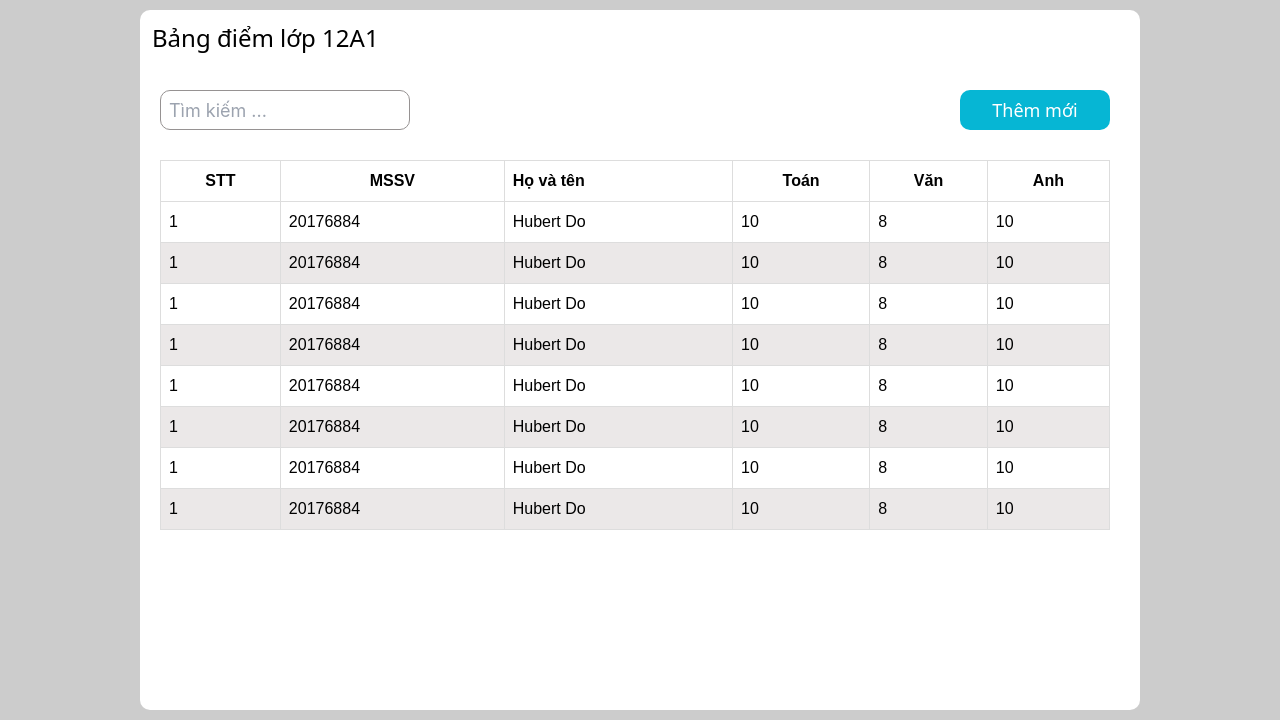
Repository: doducthuan/ReactJS-Movie
Page: /
An editor plug-in stored every save of this project. The page is shown before and after the next save, followed by the edit.
The browser window is 1280 px wide. The pictures show the whole page.
The project was rebuilt for these pictures with package versions that can differ from the ones it lists, and the page was loaded fresh each time. Also part of the build but not shown: src/App.css.

Above is the page before, as saved 2024-01-13 07:50:29.

After the next save:
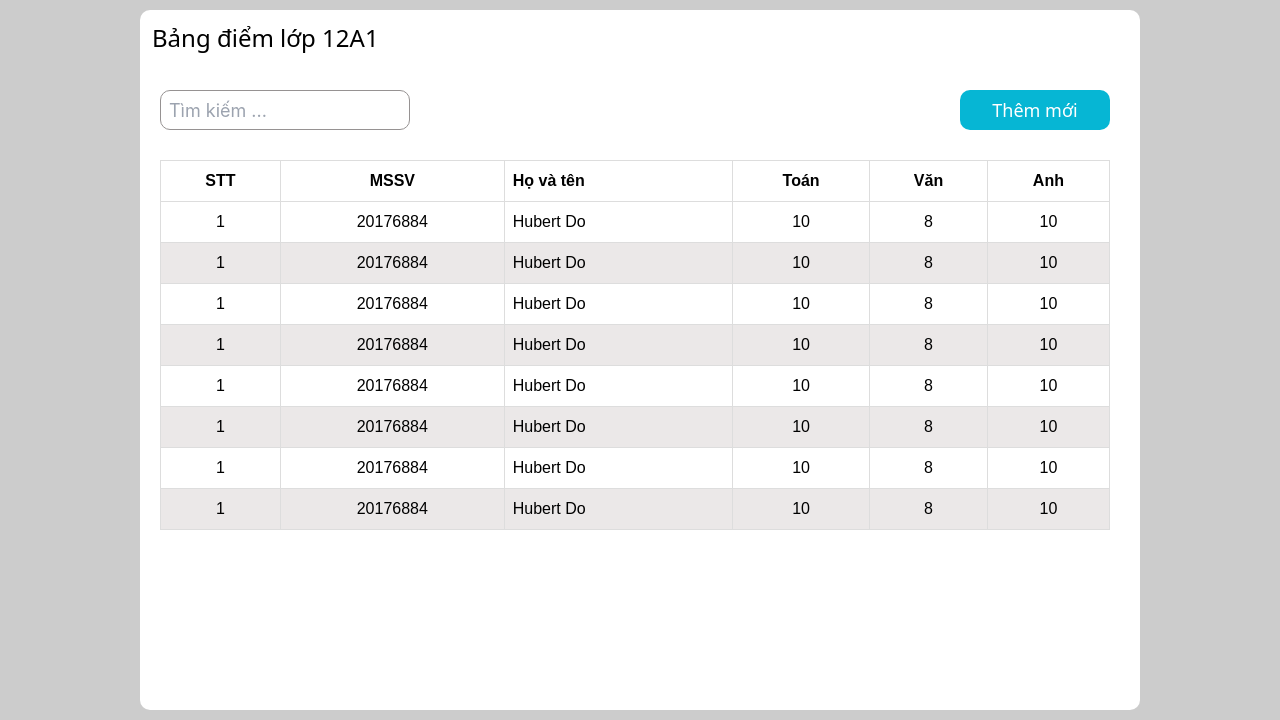
Saved 73 s later.
--- a/src/components/students/styles.css
+++ b/src/components/students/styles.css
@@ -49,6 +49,11 @@ thead tr th:nth-child(1),
 thead tr th:nth-child(2),
 thead tr th:nth-child(4),
 thead tr th:nth-child(5),
-thead tr th:nth-child(6){
+thead tr th:nth-child(6),
+tbody tr td:nth-child(1),
+tbody tr td:nth-child(2),
+tbody tr td:nth-child(4),
+tbody tr td:nth-child(5),
+tbody tr td:nth-child(6){
     text-align: center;
 }
